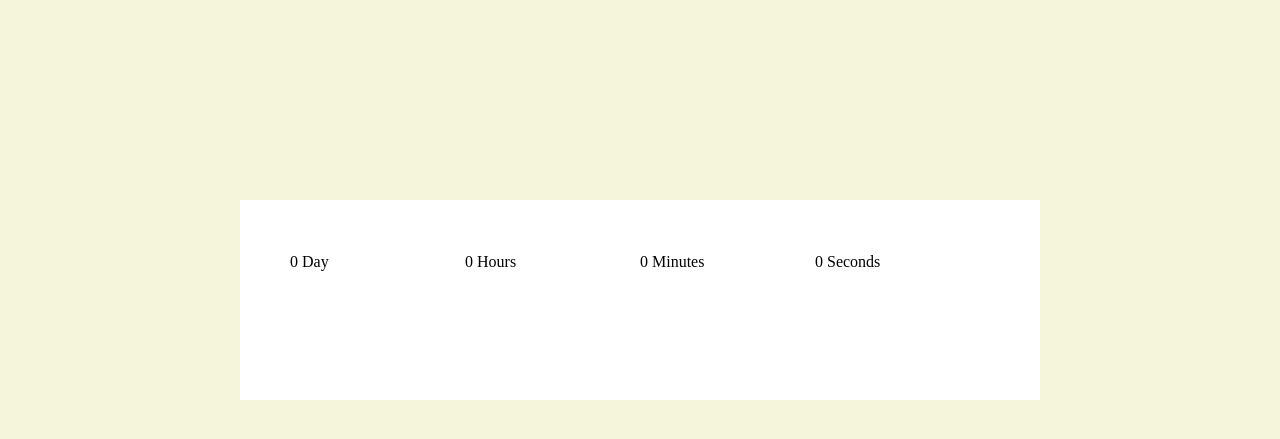
Repository: tienbkvn0605/counddown-demo
Page: index.html
An editor plug-in stored every save of this project. The page is shown before and after the next save, followed by the edit.
The browser window is 1280 px wide. The pictures show the whole page.

Above is the page before, as saved 2022-10-04 23:23:30.

### index.html
<!DOCTYPE html>
<html lang="en">
  <head>
    <meta charset="UTF-8" />
    <meta http-equiv="X-UA-Compatible" content="IE=edge" />
    <meta name="viewport" content="width=device-width, initial-scale=1.0" />
    <link rel="stylesheet" href="resetcss.css" />
    <link rel="stylesheet" href="style.css" />
    <title>Document</title>
  </head>
  <body>
    <ul class="countdown">
      <li>
        <span class="number days">0</span>
        <span class="text">Day</span>
      </li>
      <li>
        <span class="number hours">0</span>
        <span class="text">Hours</span>
      </li>
      <li>
        <span class="number minutes">0</span>
        <span class="text">Minutes</span>
      </li>
      <li>
        <span class="number seconds">0</span>
        <span class="text">Seconds</span>
      </li>
    </ul>
  </body>
  <script src="app.js"></script>
</html>

### resetcss.css
*,
*::before,
*::after {
  box-sizing: border-box;
}
* {
  margin: 0;
  padding: 0;
  font: inherit;
}
body {
  line-height: 1.5;
}
img,
picture,
video,
canvas,
svg {
  display: block;
  max-width: 100%;
}
input,
button,
textarea,
select {
  outline: none;
}
p,
h1,
h2,
h3,
h4,
h5,
h6 {
  overflow-wrap: break-word;
}

### style.css
body {
  background-color: beige;
}
ul {
  list-style: none;
}
.countdown {
  width: 800px;
  height: 200px;
  margin: 200px auto;
  background-color: white;
  display: grid;
  grid-template-columns: repeat(4, 1fr);
  padding: 50px;
}

Loaded but not shown: app.js (no copy from this time; the picture is the same without it)

After the next save:
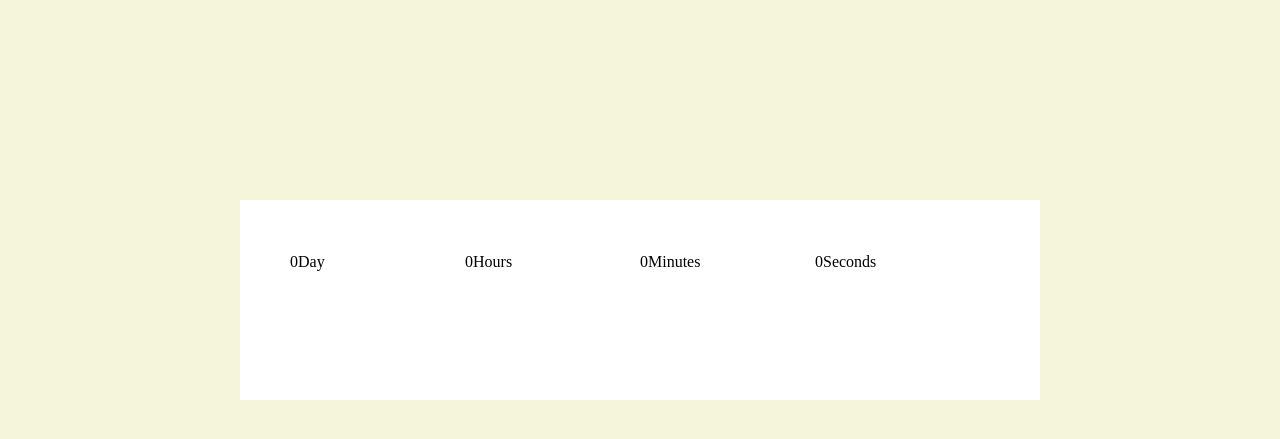
Saved 32 s later.
--- a/style.css
+++ b/style.css
@@ -13,3 +13,6 @@ ul {
   grid-template-columns: repeat(4, 1fr);
   padding: 50px;
 }
+.countdown li {
+  display: flex;
+}
